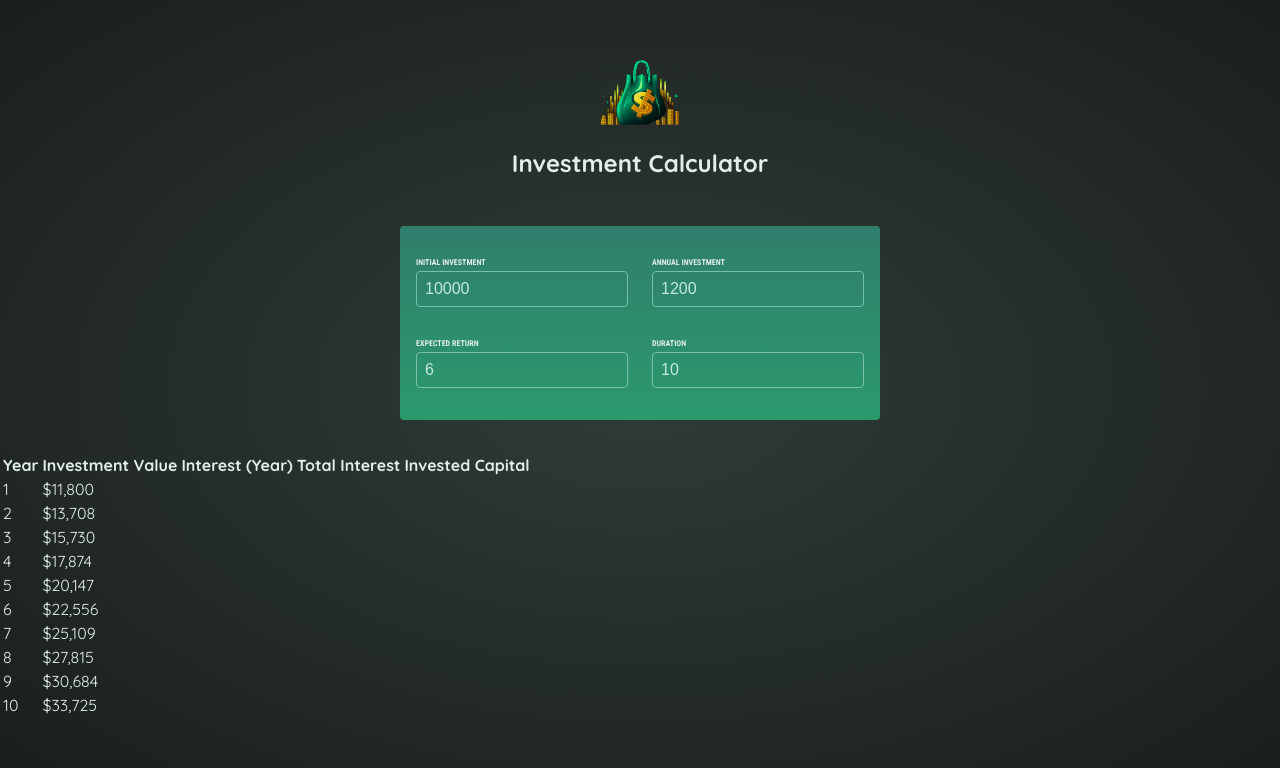
Repository: ooluchi/prac-investment-calculator
Page: /
An editor plug-in stored every save of this project. The page is shown before and after a run of saves, followed by the edit.
The browser window is 1280 px wide. The pictures show the whole page.
The project was rebuilt for these pictures with package versions that can differ from the ones it lists, and the page was loaded fresh each time. Also part of the build but not shown: vite.config.js.

Above is the page before, as saved 2024-11-13 15:06:38.

### src/App.jsx
import { useState } from "react";
import Header from "./components/Header";
import UserInput from "./components/UserInput";
import Results from "./components/Results";

function App() {

  const [userInput, setUserInput] = useState({
    initialInvestment: 10000,
    annualInvestment: 1200,
    expectedReturn: 6,
    duration: 10,
});

function handleChange(inputIdentifier, newValue) {
  setUserInput((previousInput) => ({
      ...previousInput,
      [inputIdentifier]: +newValue,
  }));
}

  return (
    <>
   <Header />
  <UserInput userInput={userInput}  onChange={handleChange} />
  <Results input={userInput} />
   </>
  )
}


export default App

### src/components/Header.jsx
import logo from "../assets/investment-calculator-logo.png"

export default function Header() {
    return (
        <header id="header">
        <img src={logo} alt="money-bag-image" />
        <h1> Investment Calculator</h1>
        </header>
    )
}

### src/components/UserInput.jsx

export default function UserInput ({ onChange, userInput } ) {
    return (
        <section id="user-input">
            <div className="input-group">
                <p>
                    <label>Initial Investment</label>
                    <input
                        type="number"
                        required
                        value={userInput.initialInvestment}
                        onChange={(event) =>
                            onChange("initialInvestment", event.target.value)
                        }
                    />
                </p>
                <p>
                    <label>Annual Investment</label>
                    <input
                        type="number"
                        required
                        value={userInput.annualInvestment}
                        onChange={(event) =>
                            onChange("annualInvestment", event.target.value)
                        }
                    />
                </p>
            </div>
            <div className="input-group">
                <p>
                    <label>Expected Return</label>
                    <input
                        type="number"
                        required
                        value={userInput.expectedReturn}
                        onChange={(event) =>
                            onChange("expectedReturn", event.target.value)
                        }
                    />
                </p>
                <p>
                    <label>Duration</label>
                    <input
                        type="number"
                        required
                        value={userInput.duration}
                        onChange={(event) => onChange("duration", event.target.value)}
                    />
                </p>
            </div>
        </section>
    );
}

### src/components/Results.jsx
import { calculateInvestmentResults, formatter } from '../util/investment'

export default function Results ({ input }) {
    const resultsData = calculateInvestmentResults(input);

    return(
        <table id="results">
            <thead>
                <tr>
                    <th>Year</th>
                    <th>Investment Value</th>
                    <th>Interest (Year)</th>
                    <th>Total Interest</th>
                    <th>Invested Capital</th>
                </tr>
            </thead>
            <tbody>
                {resultsData.map(yearData => {
                    return (
                        <tr key={yearData.year}>
                            <td>{yearData.year}</td>
                            <td>{formatter.format(yearData.valueEndOfYear)}</td>
                            <td></td>
                            <td></td>
                            <td></td>
                        </tr>
                    )
                }

                )}
            </tbody>
        </table>
    )
}

### src/util/investment.js
// This function expects a JS object as an argument
// The object should contain the following properties
// - initialInvestment: The initial investment amount
// - annualInvestment: The amount invested every year
// - expectedReturn: The expected (annual) rate of return
// - duration: The investment duration (time frame)
export function calculateInvestmentResults({
  initialInvestment,
  annualInvestment,
  expectedReturn,
  duration,
}) {
  const annualData = [];
  let investmentValue = initialInvestment;

  for (let i = 0; i < duration; i++) {
    const interestEarnedInYear = investmentValue * (expectedReturn / 100);
    investmentValue += interestEarnedInYear + annualInvestment;
    annualData.push({
      year: i + 1, // year identifier
      interest: interestEarnedInYear, // the amount of interest earned in this year
      valueEndOfYear: investmentValue, // investment value at end of year
      annualInvestment: annualInvestment, // investment added in this year
    });
  }

  return annualData;
}

// The browser-provided Intl API is used to prepare a formatter object
// This object offers a "format()" method that can be used to format numbers as currency
// Example Usage: formatter.format(1000) => yields "$1,000"
export const formatter = new Intl.NumberFormat('en-US', {
  style: 'currency',
  currency: 'USD',
  minimumFractionDigits: 0,
  maximumFractionDigits: 0,
});

Loaded but not shown: index.html (common file); src/index.jsx (common file); src/index.css (common file)

After the next 7 saves:
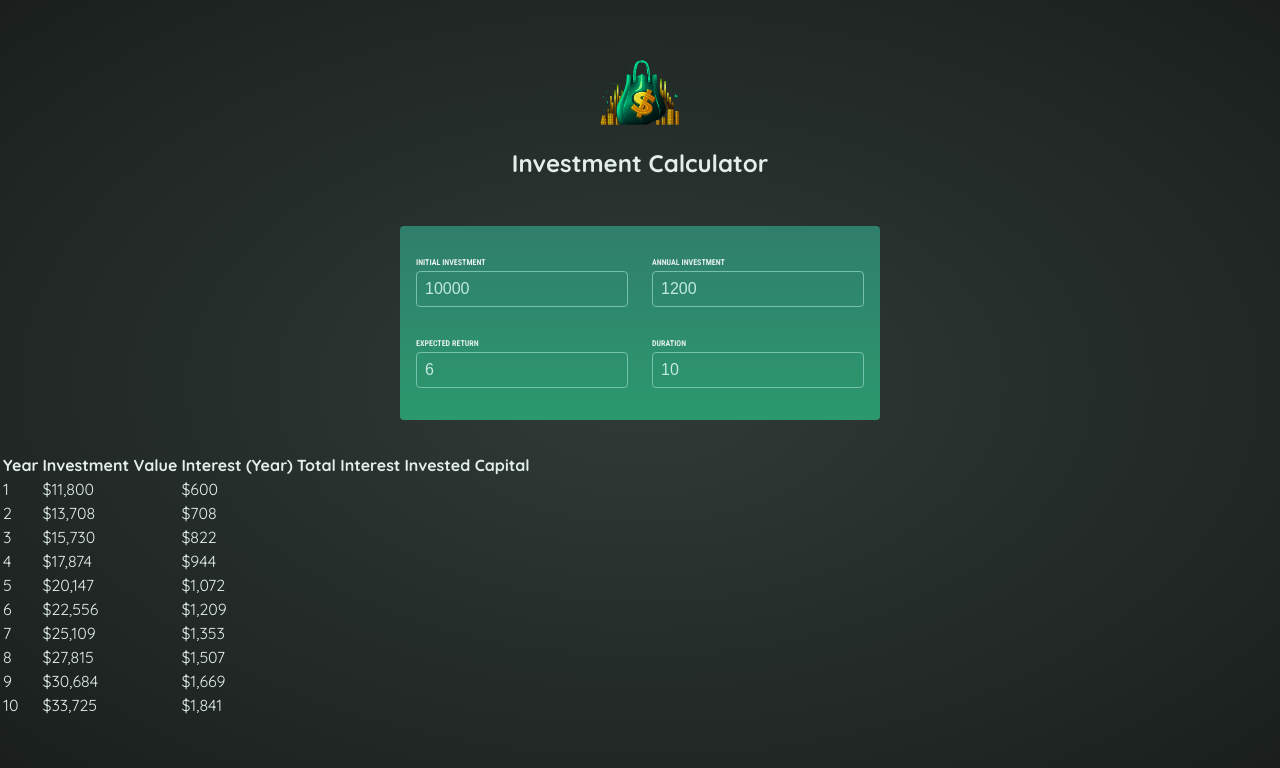
The 7 saves are shown as one change because 1 did not build or start and some came seconds apart.
The last was saved 65 s later.
--- a/src/components/Results.jsx
+++ b/src/components/Results.jsx
@@ -20,7 +20,7 @@ export default function Results ({ input }) {
                         <tr key={yearData.year}>
                             <td>{yearData.year}</td>
                             <td>{formatter.format(yearData.valueEndOfYear)}</td>
-                            <td></td>
+                            <td>{formatter.format(yearData.interest)}</td>
                             <td></td>
                             <td></td>
                         </tr>
